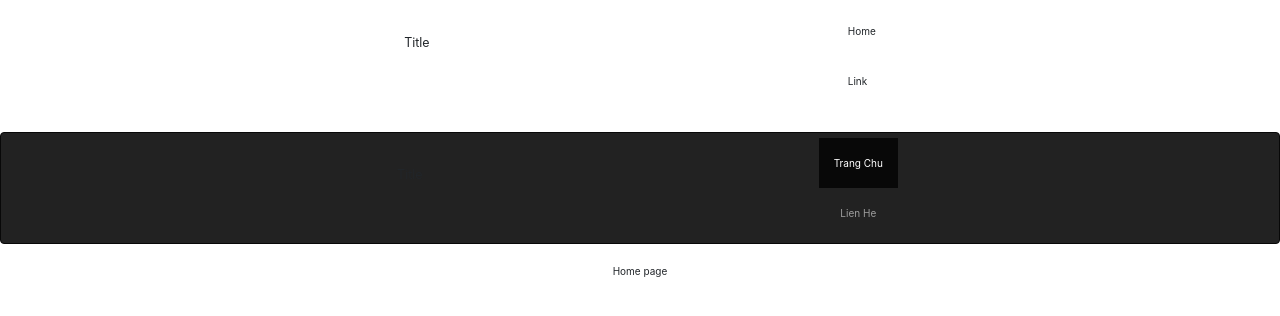
Repository: hntvip/react-route
Page: /
An editor plug-in stored every save of this project. The page is shown before and after a run of saves, followed by the edit.
The browser window is 1280 px wide. The pictures show the whole page.
The project was rebuilt for these pictures with package versions that can differ from the ones it lists, and the page was loaded fresh each time. Also part of the build but not shown: src/components/About.js.

Above is the page before, as saved 2019-11-27 16:24:24.

After the next 2 saves:
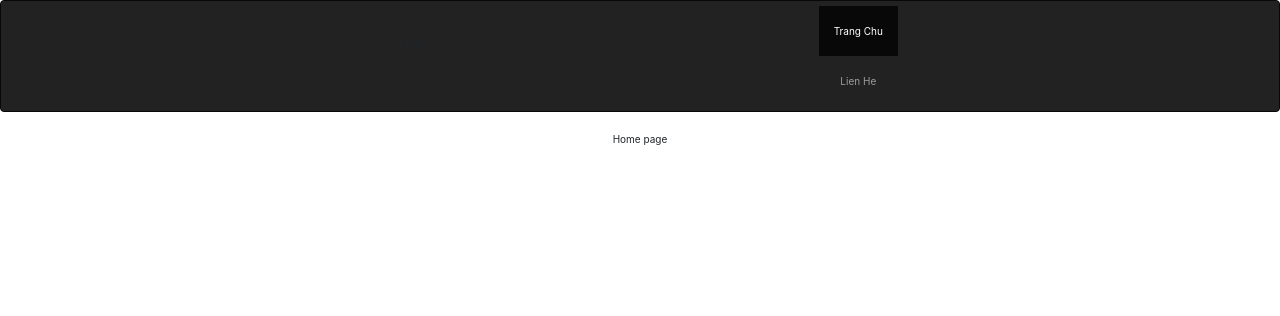
The 2 saves are shown as one change because they came seconds apart.
The last was saved 74 s later.
--- a/src/App.js
+++ b/src/App.js
@@ -7,19 +7,6 @@ import Home from './components/Home';
 function App() {
   return (
     <Router>
-
-      <div className="navbar">
-        <a className="navbar-brand">Title</a>
-        <ul className="nav navbar-nav">
-          <li className="active">
-            <a>Home</a>
-          </li>
-          <li>
-            <a>Link</a>
-          </li>
-        </ul>
-      </div>
-
       <div className="App">
         <nav className="navbar navbar-inverse">
           <a  className="navbar-brand">Title</a>
